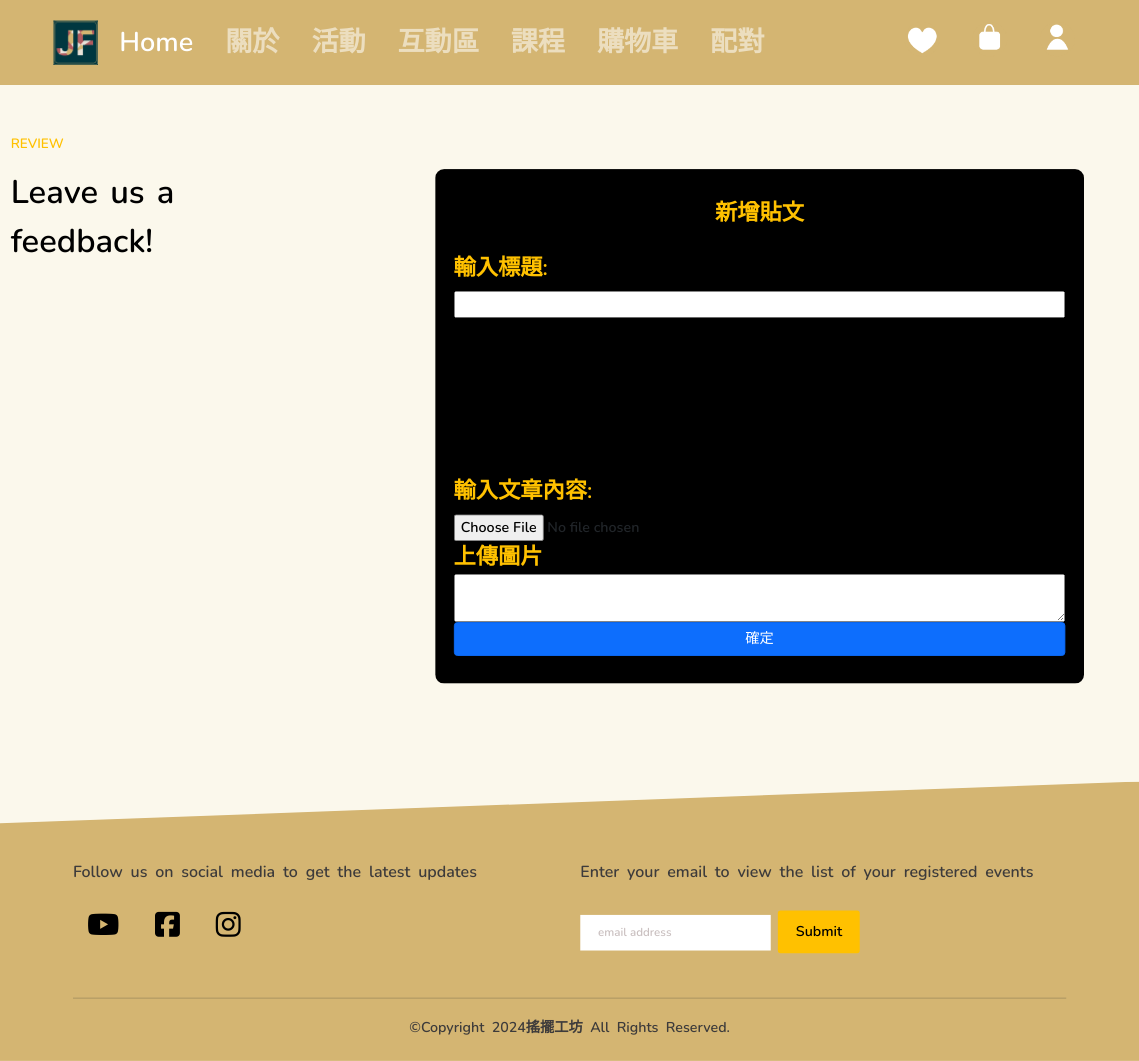
Repository: mmmooonnn0211/project
Page: workspace/demoSpringBoot-1/src/main/resources/static/html/LTInsertFront.html
These files come from the project's save history. The page is drawn as it stood at one moment and after the next save; the edit follows.
The browser window is 1280 px wide. The pictures show the whole page, at 89% of full size.
Some web libraries are served in a nearby version.

Above is the page before, as saved 2024-05-08 18:47:39.
Console error: SyntaxError: Unexpected identifier 'tsByName'

After the next save:
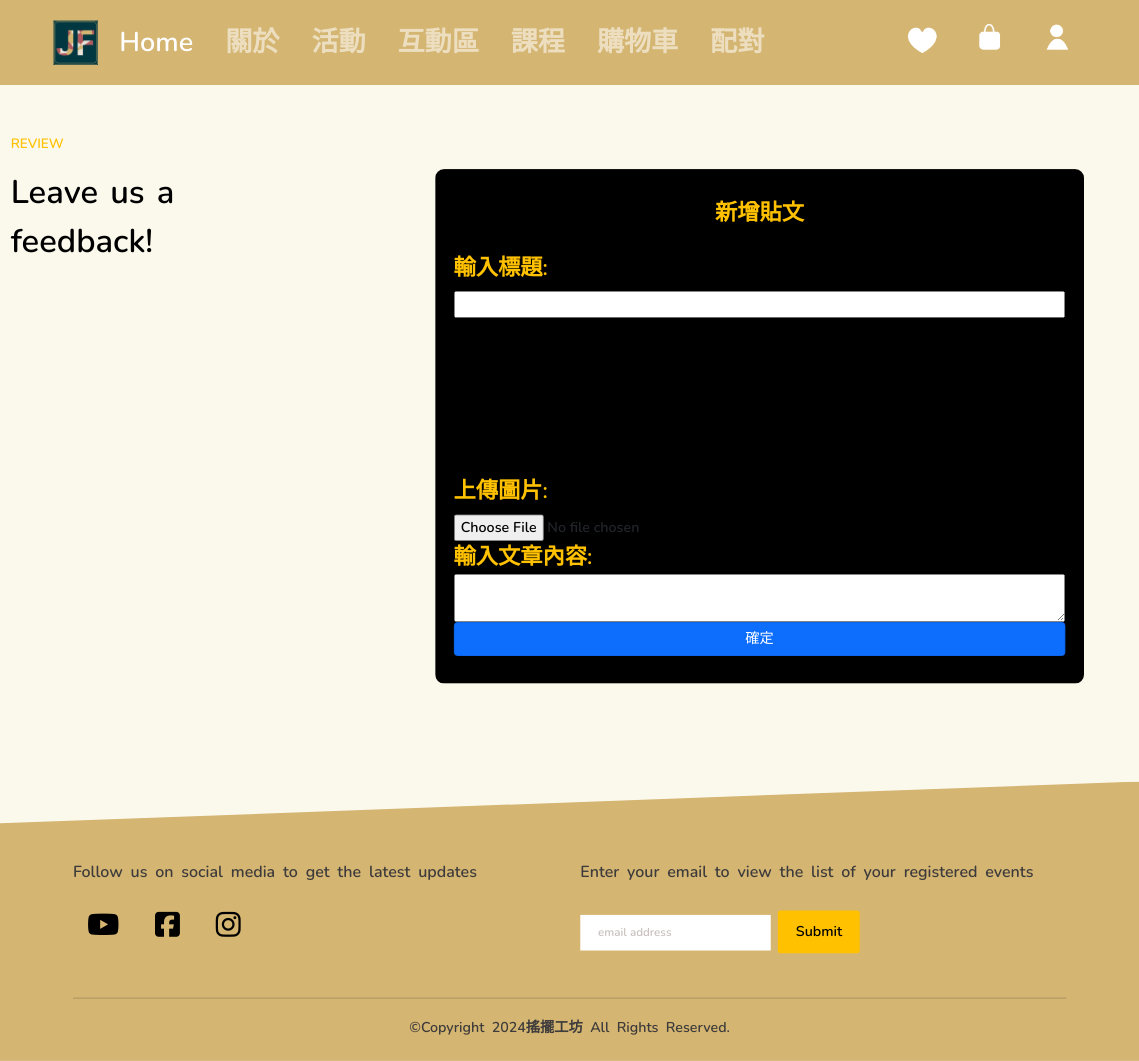
Saved 39 s later.
--- a/workspace/demoSpringBoot-1/src/main/resources/static/html/LTInsertFront.html
+++ b/workspace/demoSpringBoot-1/src/main/resources/static/html/LTInsertFront.html
@@ -65,11 +65,12 @@
 								<div id="text" class="neon-yellow" style="font-weight: bold; font-size: 25px;">輸入標題:
 								</div>
 								<input id="title" name="title" />
-								<div id="text" class="neon-yellow" style="font-weight: bold; font-size: 25px;">輸入文章內容:
+								<div id="text" class="neon-yellow" style="font-weight: bold; font-size: 25px;">上傳圖片:
 								</div>
 								<input type="file" id="picture" name="picture" />
 
-								<div id="picture" class="neon-yellow" style="font-weight: bold; font-size:25px; ">上傳圖片
+								<div id="picture" class="neon-yellow" style="font-weight: bold; font-size:25px; ">
+									輸入文章內容:
 								</div>
 								<textarea id="content" name="content"></textarea>
 
